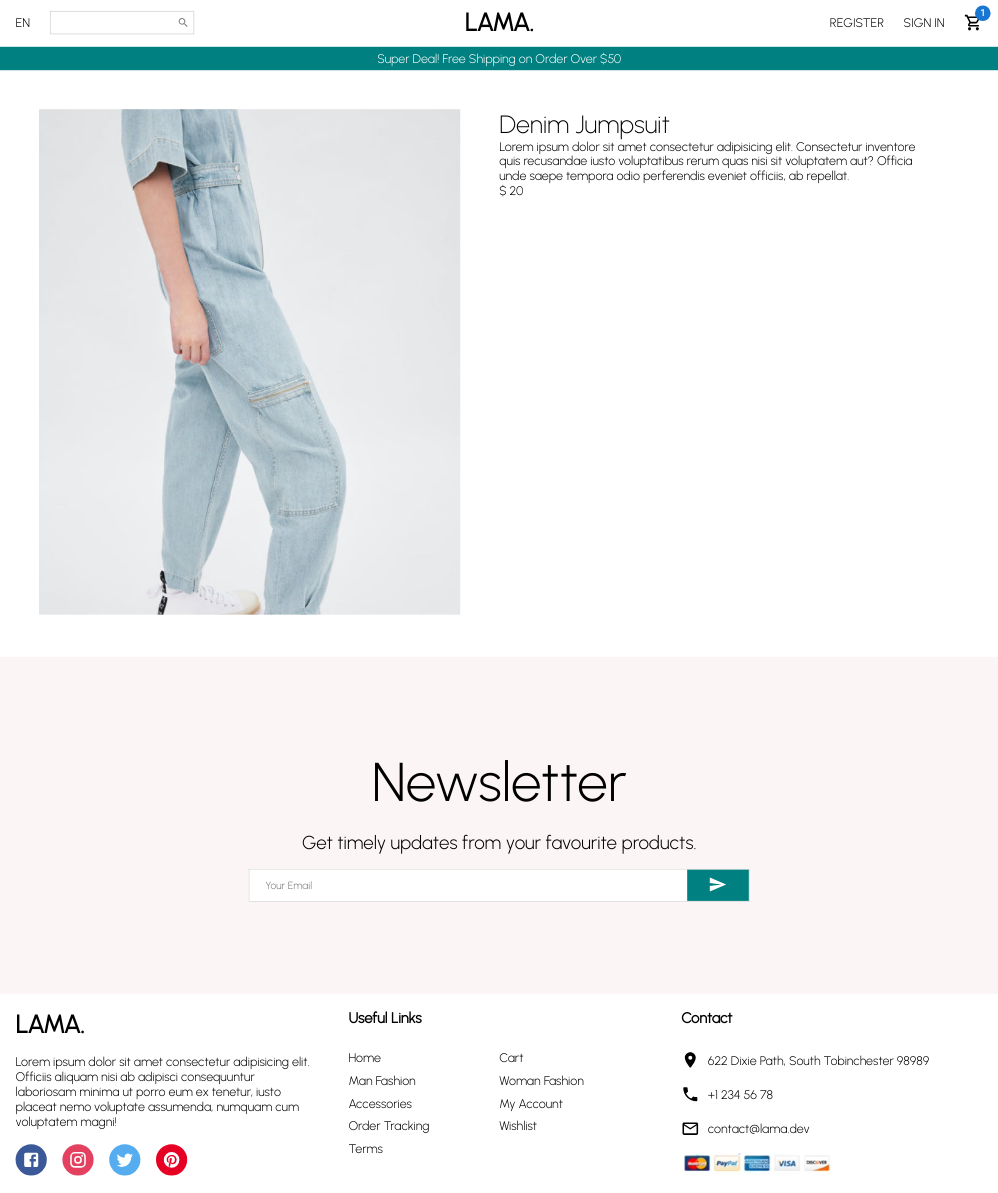
Repository: kmvaghela/ECOMMERCE
Page: /
The author's editor kept a copy of each file at every save. The page is drawn from the files as they stood at one save, then again after the next save.
The browser window is 1280 px wide. The pictures show the whole page, at 78% of full size.
The project was rebuilt for these pictures with package versions that can differ from the ones it lists, and the page was loaded fresh each time. Also part of the build but not shown: src/data.js, src/components/CategoryItem.jsx, src/components/Categories.jsx, src/components/Product.jsx, src/components/Products.jsx, src/components/Slider.jsx, src/pages/Home.jsx, src/pages/ProductList.jsx.

Above is the page before, as saved 2022-02-23 22:08:41.

After the next save:
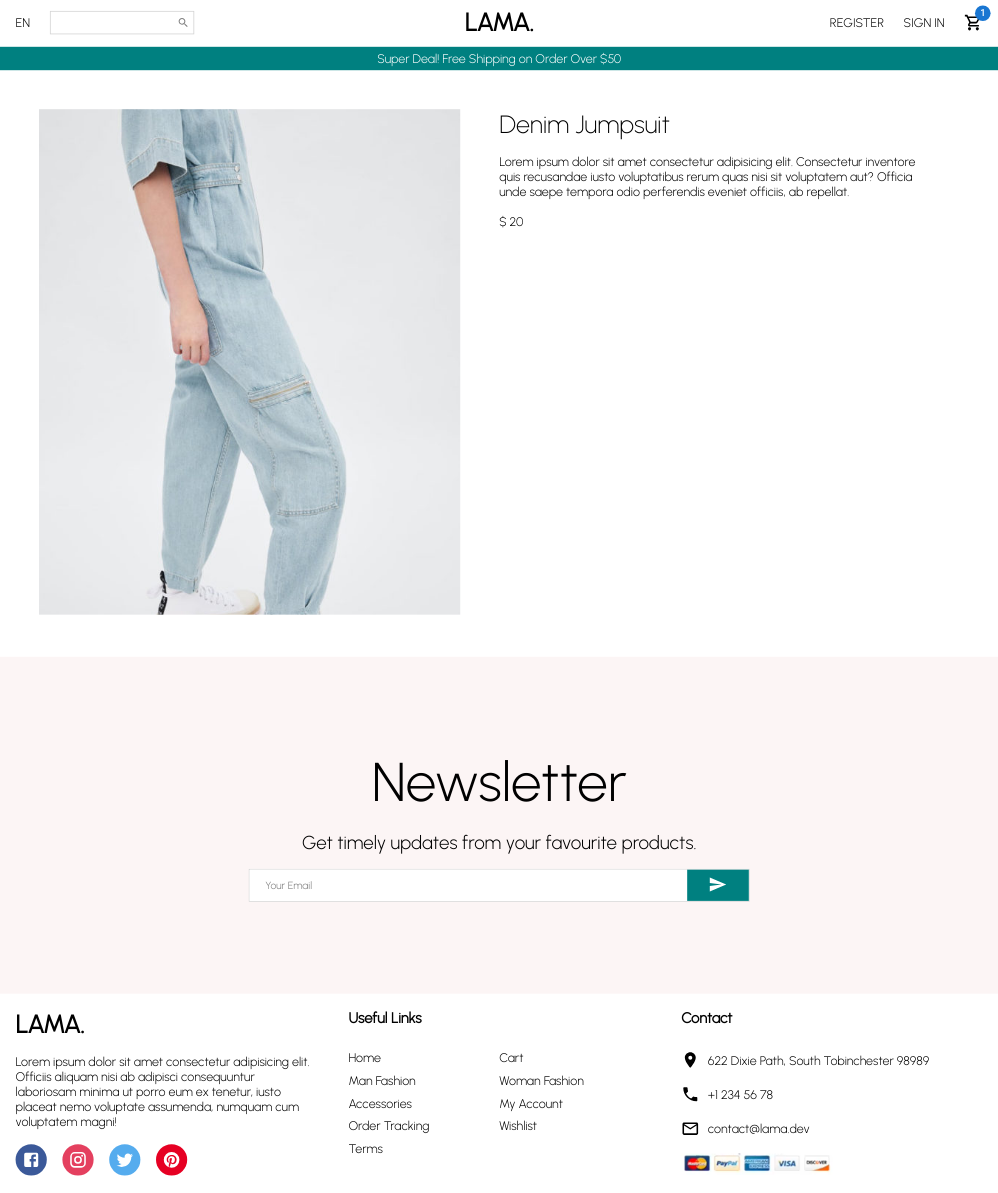
Saved 45 s later.
--- a/src/pages/Product.jsx
+++ b/src/pages/Product.jsx
@@ -31,7 +31,9 @@
   font-weight: 200;
 `;
 
-const Description = styled.p``;
+const Description = styled.p`
+  margin: 20px 0px;
+`;
 
 const Price = styled.span``;
 
